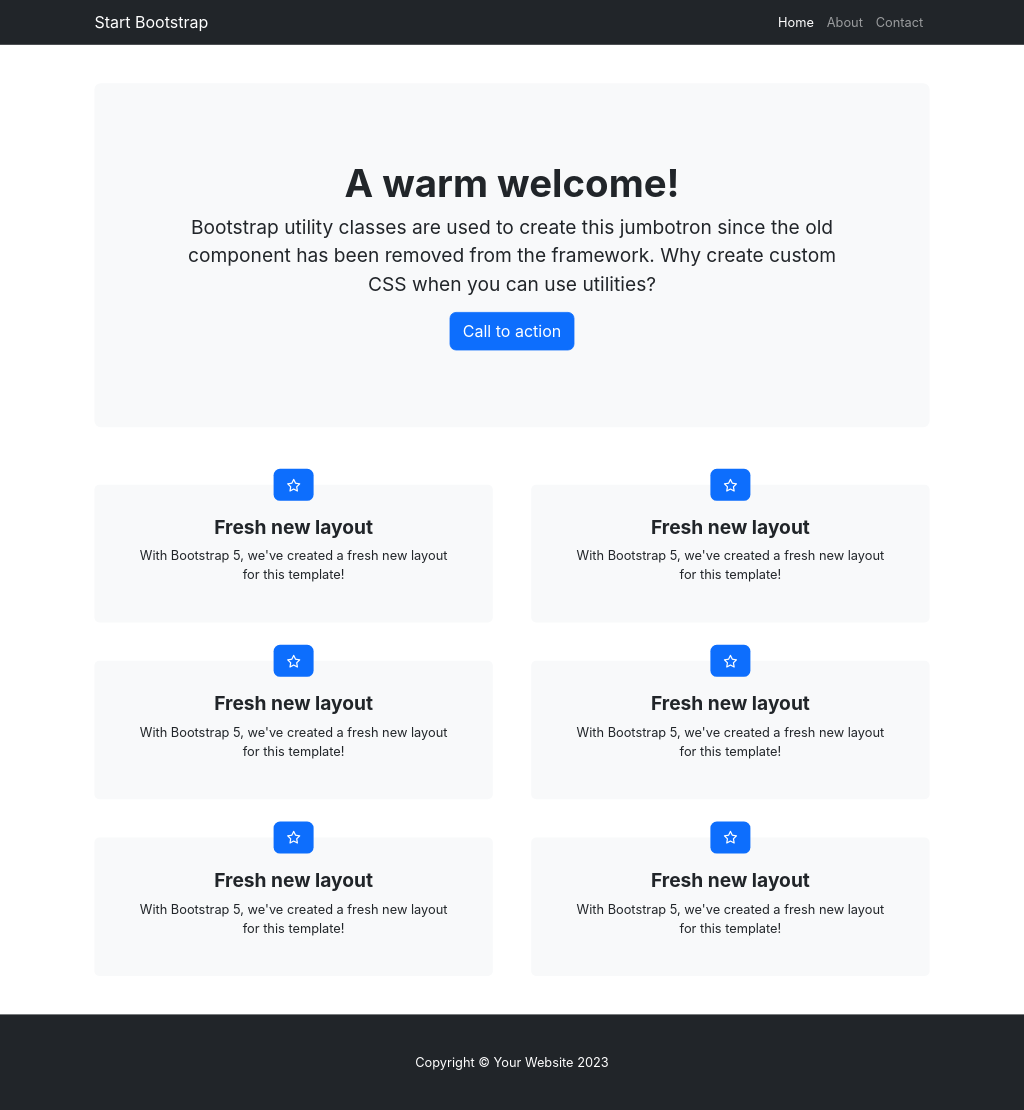
Repository: maitan0705/MaiThanhTan_BC43_BT1_react
Page: /
The author's editor kept a copy of each file at every save. The page is drawn from the files as they stood at one save, then again after a run of saves.
The browser window is 1280 px wide. The pictures show the whole page, at 80% of full size.
The project was rebuilt for these pictures with package versions that can differ from the ones it lists, and the page was loaded fresh each time.

Above is the page before, as saved 2023-04-09 21:46:35.

After the next 3 saves:
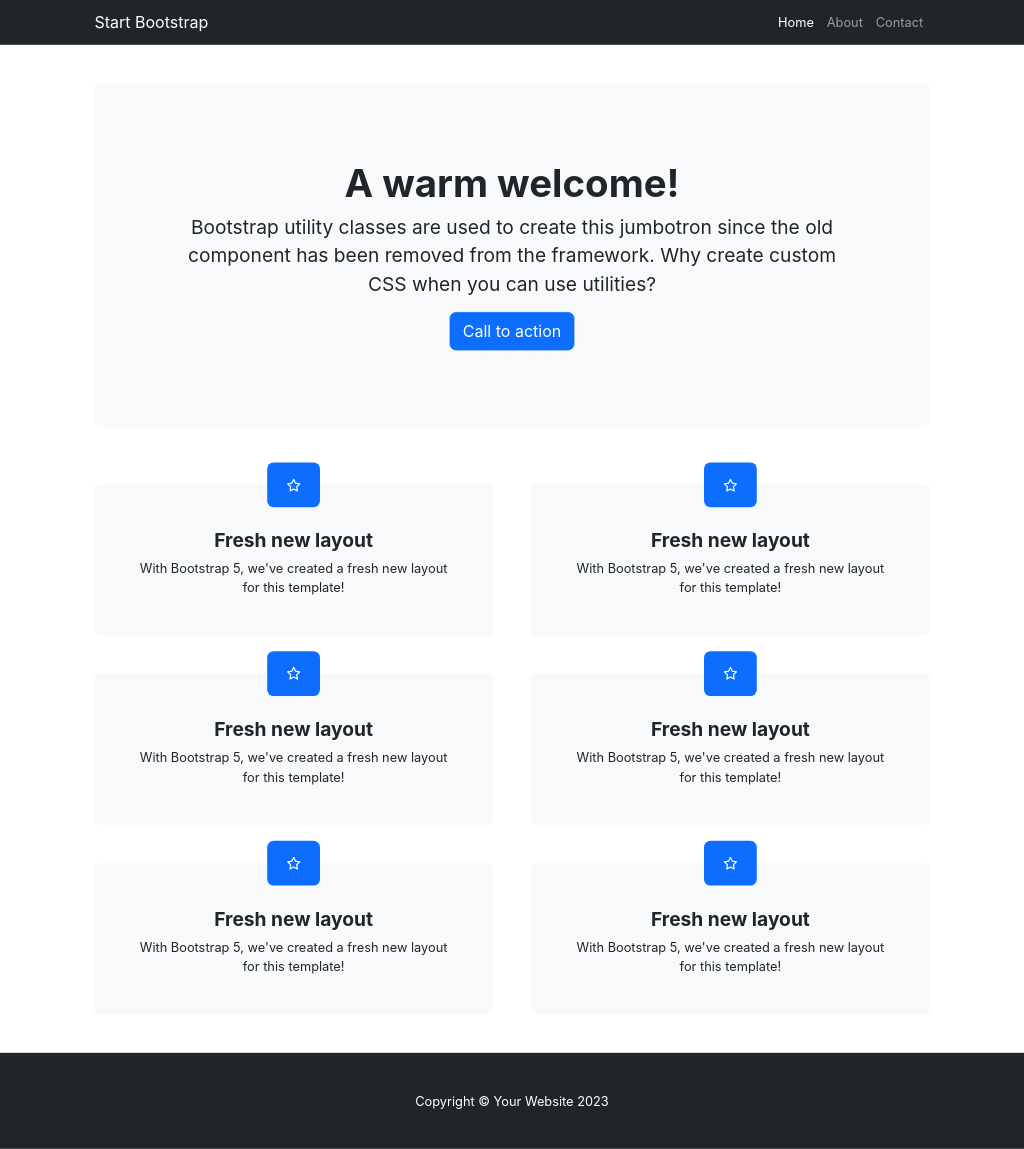
The 3 saves are shown as one change because they came seconds apart.
The last was saved 36 s later.
--- a/src/components/Item.js
+++ b/src/components/Item.js
@@ -6,7 +6,7 @@ export default class Item extends Component {
             <div className="col-lg-6 col-xxl-4 mb-5">
                 <div className="card bg-light border-0 h-100">
                     <div className="card-body text-center p-4 p-lg-5 pt-0 pt-lg-0">
-                        <div className="d-inline-block bg-primary text-white rounded-3 px-3 py-2 " style={{ transform: 'translateY(-50%)' }}><i className="fa-regular fa-star"></i></div>
+                        <div className="d-inline-block bg-primary text-white rounded-3 px-4 py-3 " style={{ transform: 'translateY(-50%)' }}><i className="fa-regular fa-star"></i></div>
                         <h2 className="fs-4 fw-bold">Fresh new layout</h2>
                         <p className="mb-0">With Bootstrap 5, we've created a fresh new layout for this template!</p>
                     </div>
